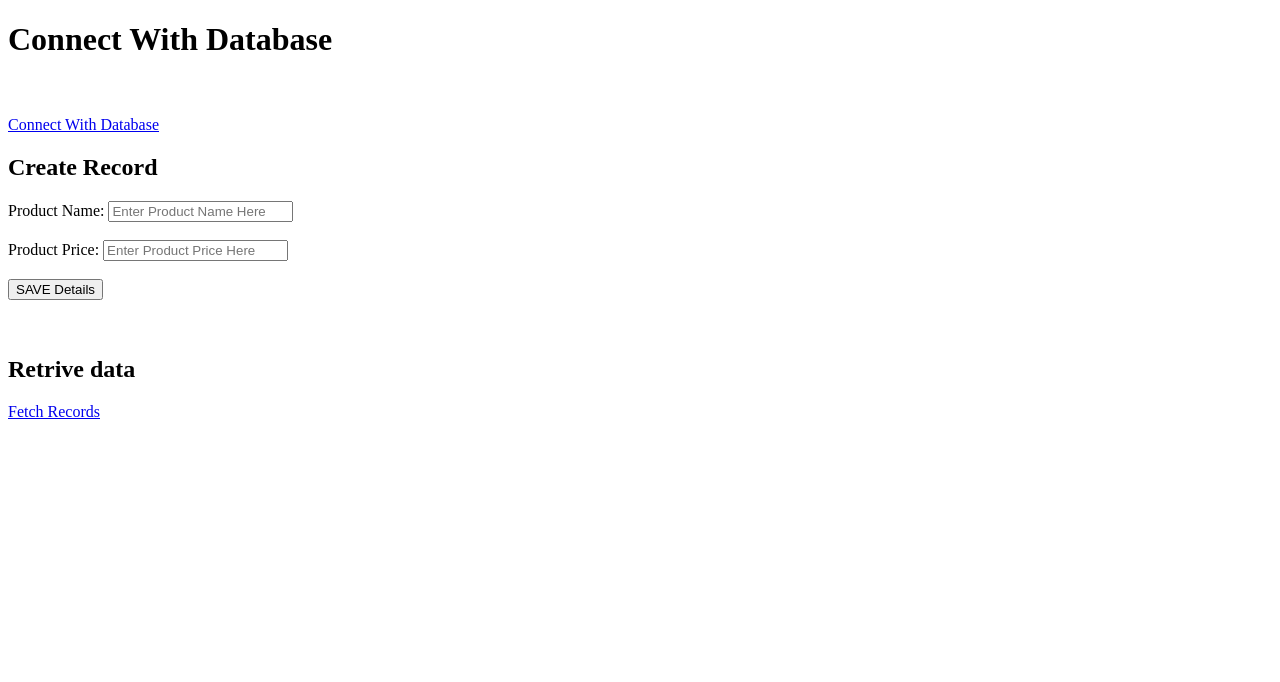
Repository: nspandey/Phase-2
Page: CRUDOperationsJDBC/src/main/webapp/index.html
The author's editor kept a copy of each file at every save. The page is drawn from the files as they stood at one save, then again after the next save.
The browser window is 1280 px wide. The pictures show the whole page.

Above is the page before, as saved 2023-02-06 15:34:39.

After the next save:
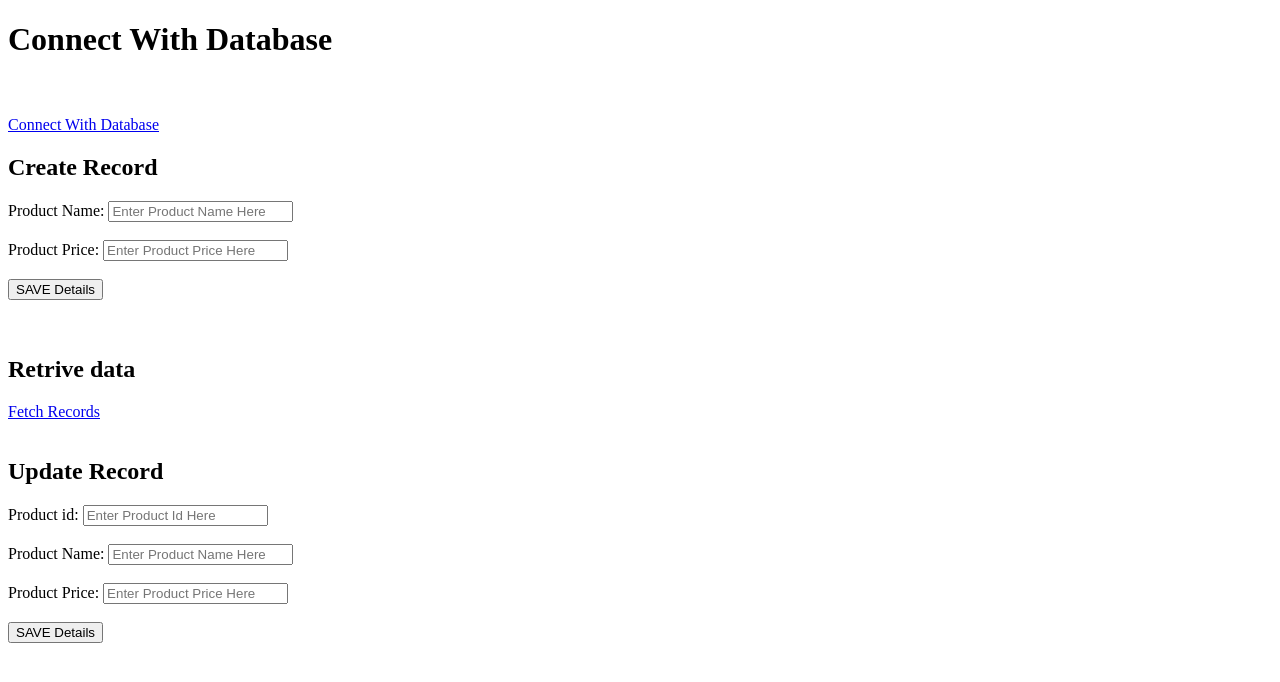
Saved 29 s later.
--- a/CRUDOperationsJDBC/src/main/webapp/index.html
+++ b/CRUDOperationsJDBC/src/main/webapp/index.html
@@ -36,5 +36,19 @@ Product Price: <input type="text" name="pprice" placeholder="Enter Product Price
 <h2>Retrive data</h2>
 <a href="fetch">Fetch Records</a>
 
+<br><br>
+
+<h2>Update Record</h2>
+
+<form action="update" method="post">
+Product id: <input type="text" name="pid" placeholder="Enter Product Id Here"><br><br>
+
+Product Name: <input type="text" name="pname" placeholder="Enter Product Name Here"><br><br>
+
+Product Price: <input type="text" name="pprice" placeholder="Enter Product Price Here"><br><br>
+
+<input type="submit" value="SAVE Details">
+</form>
+
 </body>
 </html>
